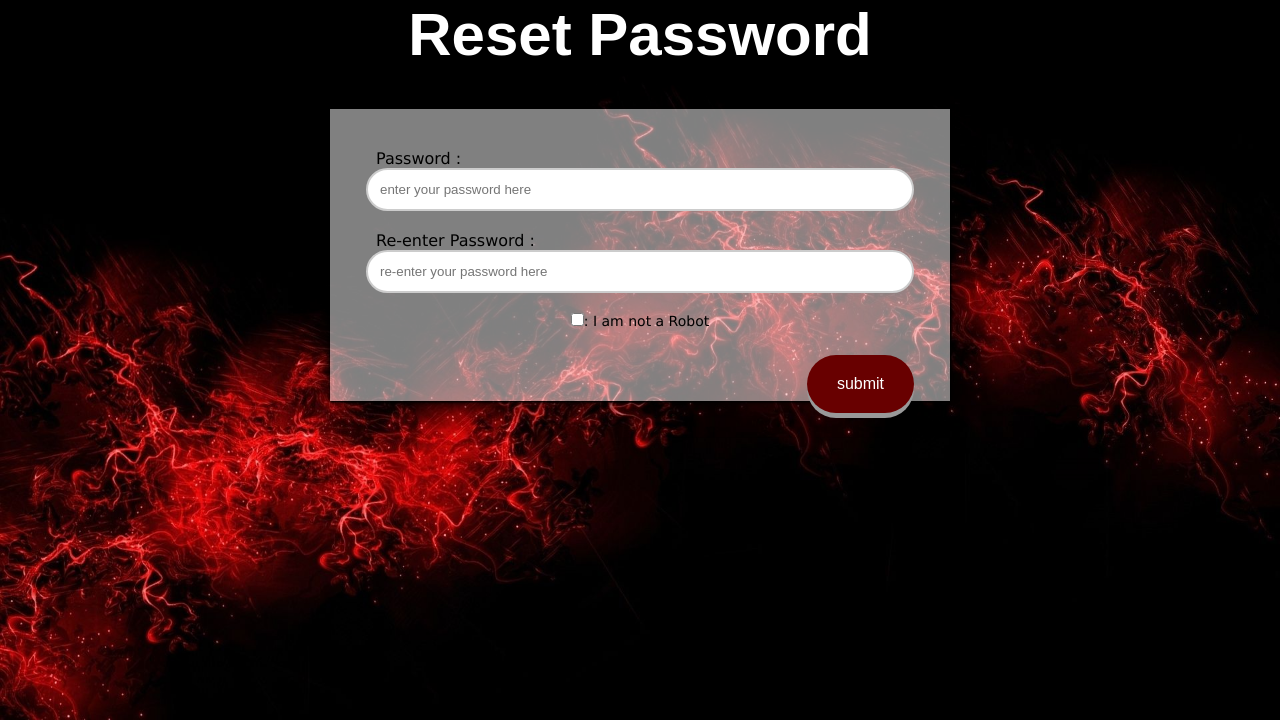
Repository: amila1998/OOP-Group-Assignment-1st-Year-2nd-Semester
Page: http://localhost/OMT/resetPassword.jsp
The author's editor kept a copy of each file at every save. The page is drawn from the files as they stood at one save, then again after the next save.
The browser window is 1280 px wide. The pictures show the whole page.
Some web fonts or font styles are not loaded; a fallback is used. The page is served by Tomcat 9. Nobody is signed in. The application's start-up code is not run. Other server files are loaded and not shown.

Above is the page before, as saved 2021-05-23 13:40:10.

### OMT/WebContent/resetPassword.jsp
<%@ page language="java" contentType="text/html; charset=ISO-8859-1"
    pageEncoding="ISO-8859-1"%>
<!DOCTYPE html>
<html>
<head>
<meta charset="ISO-8859-1">
<link rel="stylesheet" type="text/css" href="styles/Default.css">
<link rel="stylesheet" type="text/css" href="styles/resetpassword.css">
<title>Reset Password</title>
</head>
<body>
<center><h1 class="Ttxtstyle">Reset Password</h1>
<section style="width=100%;" class="logingbody">

	<div id="formStyle3">

		<form action="resetpassword" method="POST" >
			<div class="col-50">

					<label for="Password">Password :</label>
			<input type="password" id="pwd" name="pwd" placeholder="enter your password here"  required >

			<label for="rePassword">Re-enter Password :</label>
			<input type="password" id="rpwd" name="rpwd" placeholder="re-enter your password here" required>



			<input type="checkbox" id="policy" name="policy" required onclick ="enableButton()">:  I am not a Robot
			<br><br>
			<input name="register" class="Btn1" type="submit" id="btn2" name="btn2"  value="submit" disable><br>


		</form>
		<script>function enableButton(){

						if(document.getElementById("policy").checked){
							if(document.getElementById("pwd").value != document.getElementById("rpwd").value ){

								alert("password are mismatched!!");
								document.getElementById("policy").checked = false;
							}
							else{
							}

							document.getElementById("btn2").disabled= false;//this means submit button is enabled
						}
						else{
							document.getElementById("btn2").disabled= true;

						}
					}
		</script>

    </div>

</section>

</center>


</body>
</html>

### OMT/WebContent/styles/Default.css
@charset "ISO-8859-1";

* {
  box-sizing: border-box;
  margin: 0;
  padding: 0;
}

body {
  font-family: roboto, sans-serif;
  background-image: url("../images/bg.jpg");
  background-repeat: repeat;
  background-attachment: fixed;
  background-size: 100%;
}

/*start of header*/
#mainHeader {
  width: 100%;
  display:flex;
  justify-content: space-between;
  padding: 0px 10px;
  width: 100%;
  position:fixed;
  top: 0px;
  background: #eee;
  transition: background 0.4s;
  z-index: +1;
}

#mainHeader.is-sticky {
  background: #333;
}

#mainHeader.is-sticky a {
  color:#eee;
}

#mainHeader.is-sticky .logo img {
  height:64px;
}

#mainHeader.is-sticky .Plogo img {
  margin-top:10px;
}

#mainHeader.is-sticky .SearchPadding {
  padding:5px 20px;

}
.logo img {
  height: 84px;
  transition: height 0.4s;
}
.Plogo img {
  height: 50px;
  margin-top:18px;
  transition:0.4s;
}
#mainHeader .SearchPadding{
	padding:10px 10px;
	transition:0.4s;
}
#mainHeader .searchForm {
  float: middle;
  padding: 6px 20px;
  margin-top: 15px;
  background: none;
  font-size: 17px;
  border: none;
  cursor: pointer;
  display:flex;
}

.searchTxt
{
  background-color: white;
  border: none;
  padding: 5.5px 10px;
  text-decoration: none;
  display: inline-block;
  font-size: 12px;
  width:400px;
}
.searchBT:hover {
  background-color:#66ff66;
  cursor: pointer;
}

.searchBT {
  background-color: #00cc00;
  border: none;
  color: white;
  padding: 5px 10px;
  text-align: center;
  text-decoration: none;
  display: inline-block;
  font-size: 14px;
}




/*End of header*/

/* start editing horizontal menu*/
#menu {
	 margin-top: 84px;
	 width: 100%;
}



ul.menu {
  list-style-type: none;
  margin: 0;
  padding: 0;
  overflow: hidden;
  background-color: #333;
}

li.menu1 {
  float: left;
}
li.menu2 {
  float: right;
}

#menu li a   {
	/* When you have li and a together this will work*/
  display: block;
  color: white;
  text-align: center;
  padding: 14px 16px;
  text-decoration: none;
}

/* Change the link color to pink on hover
When you move the curser to a menu item it will highlighted with pink*/
#menu  li a:hover {
  background-color: gray;
}
/*============================================================================*/
/*Start of footer*/

div.Bfooter{
	display:table;
	width:100%;
	height:auto;
}
#mainFooter {
  display:flex;
  justify-content: space-between;
  bottom:0px;
  padding:10px 30px;
  width: 100%;
  background: #333;
  color:white;
  position:fixed;


}
#mainFooter .FtopPadding{
	padding-top:10px;
}
.SocialLogos img {

	width:30px;
	height:30px;
}
#mainFooter ul.SocialLogos {
  list-style-type: none;
  margin: 0;
  padding:0;
  overflow: hidden;
}
#mainFooter li.SocialLogos {
  float: left;
}
#mainFooter li a {
  display: block;
  color: white;
  text-align: center;
  padding: 14px 16px;
  text-decoration: none;
}

.DateandTime{
	font-family:"Arial Black", Gadget, sans-serif;


}
.copyRSing{
	font-family:"Comic Sans MS", cursive, sans-serif;
	padding-left:90px;
}
#Footer2 {
  display:flex;
  justify-content: space-between;
  padding: 10px 16px;
  width: 100%;
  background: #14141f;
  color:white;
  margin-bottom:50px;

}
#Footer2 ul.style {
  list-style-type: none;
  overflow: hidden;
  padding-bottom:40px;
}
#Footer2 li a{
	color: white;
  text-align: left;
  padding: 14px 16px;
  text-decoration: none;
  font-style: italic;
}
#Footer2 li a:hover {
  color: gray;
}

#Footer2 .Txtstyle{
	font-family:"Comic Sans MS", cursive, sans-serif;
	font-size:24px;
	line-height: 1.8;
}
#Footer2 .Txtstyle2{
	padding-top:90px;
	font-family:"Comic Sans MS", cursive, sans-serif;
	font-size:24px;
	line-height: 1.8;
}

#Footer2 ul.proFBBt {
  background-color: #00cc00;
  border: none;
  color: white;
  padding: 20px 50px;
  text-align: center;
  text-decoration: none;
  display: inline-block;
  font-size: 14px;
  list-style-type: none;
  margin: 0;
  overflow: hidden;
}

#Footer2 .btpadding{
	padding-top:50px;
	padding-left:20px;
}
/*============================================================================*/

h1.Ttxtstyle{
	color:white;
	font-family:"Arial Black", Gadget, sans-serif;
	text-shadow:1px 1px 2px black, 0 0 25px black, 0 0 5px black;
	font-size:60px;
}

section {
	padding:20px 20px;
}

/*DIV sections*/
.row {
  display: flex;
  flex-wrap: wrap;
  margin: 0 -16px;
}



.col-25 {
  flex: 25%;
}

.col-50,
.coll-50 {
   flex: 50%;
}

.col-75 {
  flex: 75%;
}

.col-25,
.col-50,
.col-75 {
  padding: 20px 16px;
}
/*--------------------------------------------------------------------------------------*/
/*Form*/
fieldset{
	padding:20px 20px;
}

legend{
	font-size:22px;
	font-weight:bold;
}

#formStyle1.style2{
	font-family:"Arial Black", Gadget, sans-serif;
	font-size:30px;
}

#formStyle1 label,
#formStyle3 label {
  display: block;
  font-size:16px;
  float:left;
  margin-left:10px;
}

#formStyle4 label{
  float:center;
  display: block;
  font-size:16px;
  margin-left:10px;
  margin-bottom:30px;
}

#formStyle2 label{
	 font-family: "Comic Sans MS", cursive, sans-serif;
	 font-weight:bold;
    font-size: 22px;
    line-height: 1.15;
    margin: 0;
	 width:100%;
}
#formStyle6 input[type=text],
#formStyle6 input[type=email],
#formStyle3 input[type=email],
#formStyle3  input[type= password],
#formStyle1  input[type= password],
#formStyle1  input[type= number],
#formStyle1 input[type=file],
#formStyle1 input[type=number]
#formStyle4 input[type=email],
#formStyle1 input[type=email],
#formStyle1 input[type=month],
#formStyle1 input[type=date],
#formStyle1 input[type=text],
#formStyle1 input[type=tel],
#formStyle3 input[type=text],
#formStyle4 input[type=tel],
#formStyle4 input[type=text],
#formStyle1 select{
  width: 100%;
  margin-bottom: 20px;
  padding: 12px;
  border: 2px solid #ccc;
  border-radius: 50px;
}

#formStyle6 input:active[type=text],
#formStyle6 input:active[type=email],
#formStyle3  input:active[type= password],
#formStyle3  input:active[type= email],
#formStyle1 input:active[type=file],
#formStyle1 input:active[type=number],
#formStyle1 input:active[type=month],
#formStyle1 input:active[type=text],
#formStyle3 input:active[type=text],
#formStyle4 input:active[type=text],
#formStyle4 input:active[type=text],
#formStyle1 select:active{
    border: 2px solid #808080;
	outline:none;
}

#formStyle3  input[type= radio]{
  margin-bottom: 20px;
  padding: 12px;
  border: 1px solid #ccc;
  border-radius: 3px;
  justify-content: space-between;
  margin-left:20px;
  outline:none;
}
#formStyle6 textarea,
#formStyle1 textarea{
  width: 100%;
  margin-bottom: 20px;
  padding: 12px;
  border: 1px solid #ccc;
  border-radius: 3px;
  height:80px;
  font-family:Verdana;
  border-radius:50px;
  outline:none;
  resize: vertical;

}

#formStyle1 form,
#formStyle2 form,
#formStyle3 form,
#formStyle4 form{
	padding:20px;
	background-color: rgba(255, 255, 255,0.5);
	font-size:14px;
	font-family:Verdana;
	color:black;
	margin:20px;
	box-shadow:1px 1px 2px black, 0 0 25px black, 0 0 5px black;
	outline: none;
	border:none;

}
#formStyle6 form{
	font-size:14px;
	font-family:Verdana;
	outline: none;
	border:none;
	padding:20px;
}

#formStyle1 form,
#formStyle4 form{
	width:99%;
}

#formStyle2 form{
	width:95%;
}

#formStyle3 form{
	width:50%;
	align-items: center;
	position:center;

}


.Btn,
.Btn1,
.Btn2,
.Btn3,
.Btn4,
.Btn5{

	padding:20px 30px;
	font-size: 16px;
  text-align: center;
  cursor: pointer;
  outline: none;
  color: #fff;
  background-color: #680000;
  border: none;
  border-radius: 30px;
  box-shadow: 0 5px #999;
  margin-bottom:30px;
  margin-top:10px;
  margin-left:20px;



}



.Btn:active,
.Btn1:active,
.Btn3:active,
.Btn2:active,
.Btn4:active,
.Btn5:active,
.Btn6:active{
	background-color: #ff6a6f;
  box-shadow: 0 3px #666;
  transform: translateY(4px);
}

.Btn:hover,
.Btn1:hover,
.Btn3:hover,
.Btn2:hover,
.Btn4:hover,
.Btn5:hover{
	background-color: #ff6a6f
}
.Btn,
.Btn1{
	float:right;
}

.Btn2{
	float:left;
}
.Btn3{
	margin-bottom:20px;

}
.Btn4{
	margin-left:10px;

}

### OMT/WebContent/styles/resetpassword.css
@charset "ISO-8859-1";


.invalid {
  background-color: red;
  text-align: center;
  color:white;
  padding:10px;
   border-radius: 25px;
}

After the next save:
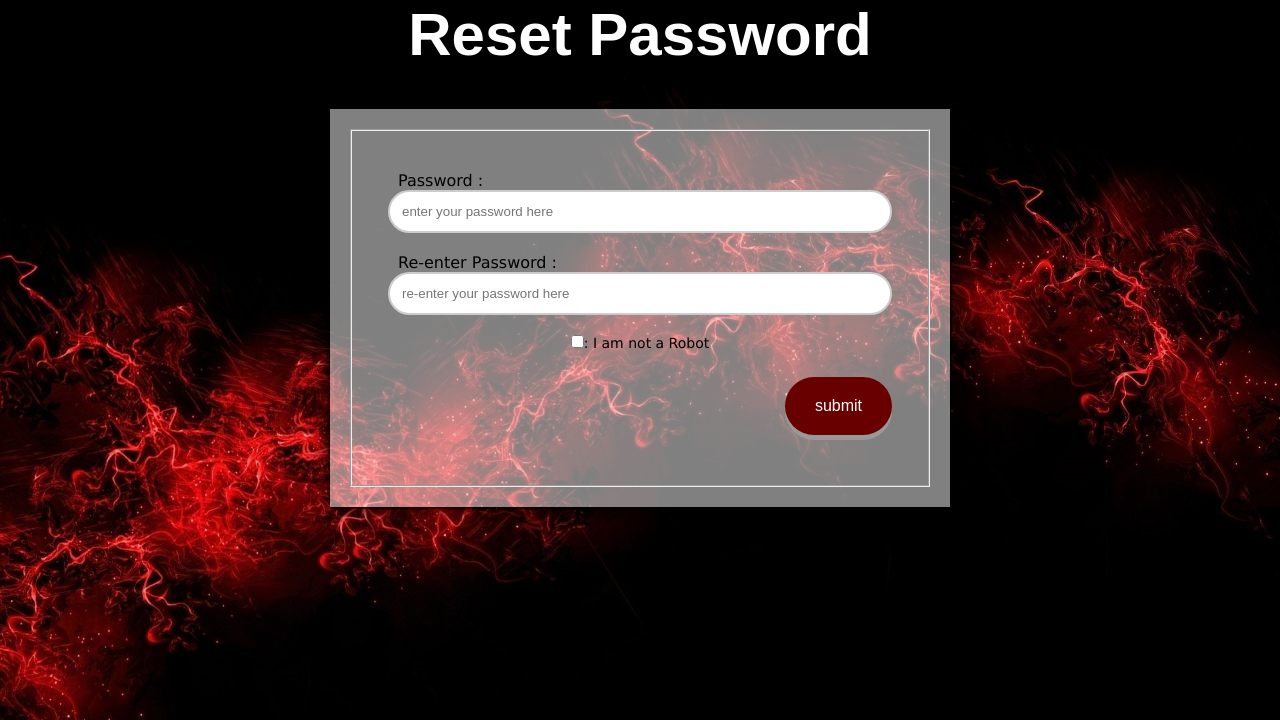
Saved 60 s later.
--- a/OMT/WebContent/resetPassword.jsp
+++ b/OMT/WebContent/resetPassword.jsp
@@ -15,6 +15,7 @@
 	<div id="formStyle3">
 
 		<form action="resetpassword" method="POST" >
+			<fieldset>
 			<div class="col-50">
 
 					<label for="Password">Password :</label>
@@ -29,9 +30,8 @@
 			<br><br>
 			<input name="register" class="Btn1" type="submit" id="btn2" name="btn2"  value="submit" disable><br>
 
-
-		</form>
-		<script>function enableButton(){
+			</fieldset>
+			<script>function enableButton(){
 
 						if(document.getElementById("policy").checked){
 							if(document.getElementById("pwd").value != document.getElementById("rpwd").value ){
@@ -50,6 +50,8 @@
 						}
 					}
 		</script>
+		</form>
+
 
     </div>
 
